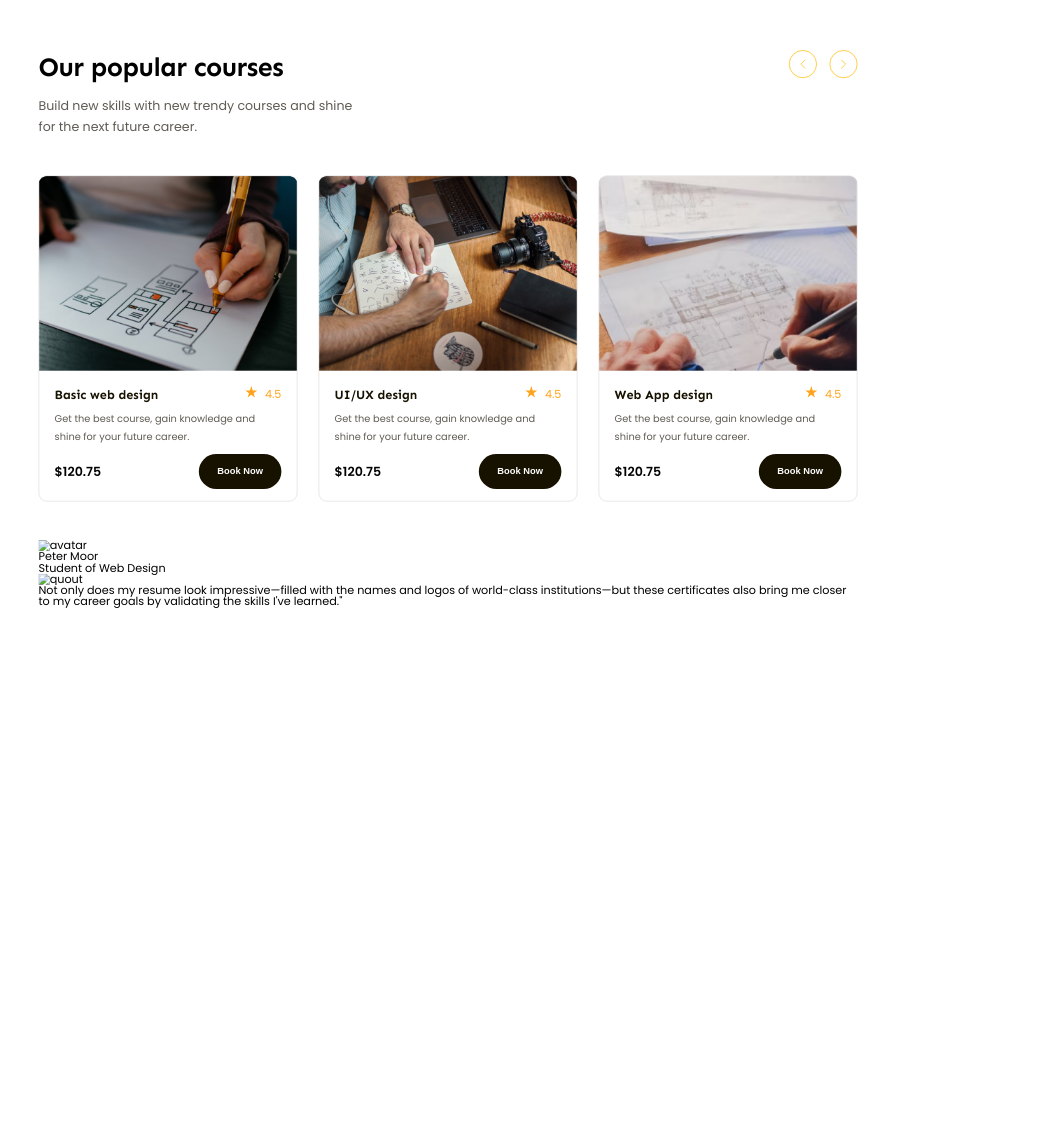
Repository: Toihoclaptrinh/duan1_figma
Page: index.html
The author's editor kept a copy of each file at every save. The page is drawn from the files as they stood at one save, then again after the next save.
The browser window is 1280 px wide. The page is 1280 px wide, then 1495 px, so the pictures cover 1495 px, including what lies to the right of the window. The pictures show the part of the page from y = 1031 to 2671 px (the page is 10000 px tall), at 70% of full size.

Above is the page before, as saved 2024-02-09 23:09:50.

After the next save:
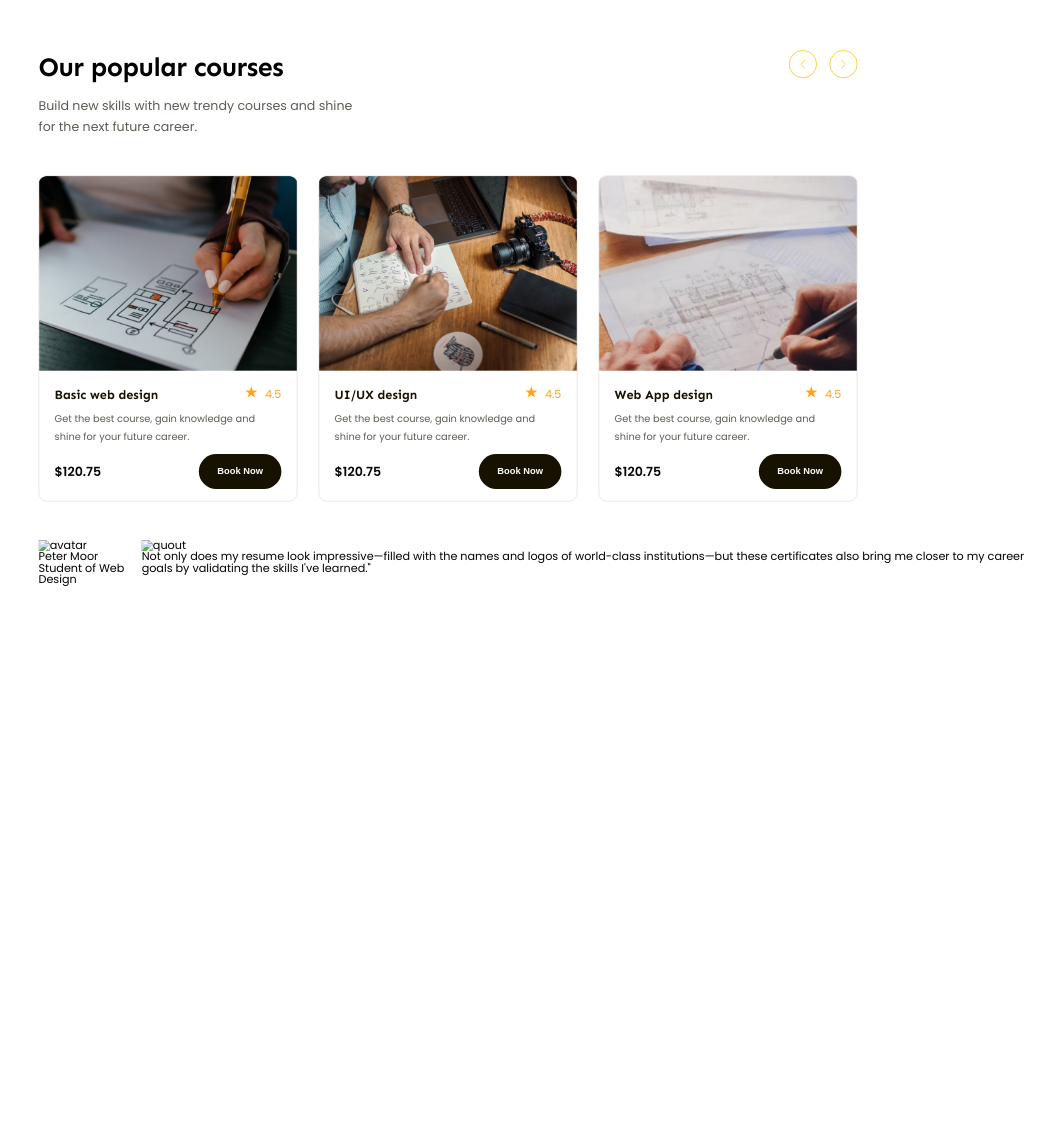
Saved 31 s later.
--- a/assets/css/style.css
+++ b/assets/css/style.css
@@ -406,7 +406,7 @@ a {
   cursor: pointer;
 }
 
-.feedback .item {
+.feedback .feedback-items {
   width: 1440px;
   display: flex;
 }
